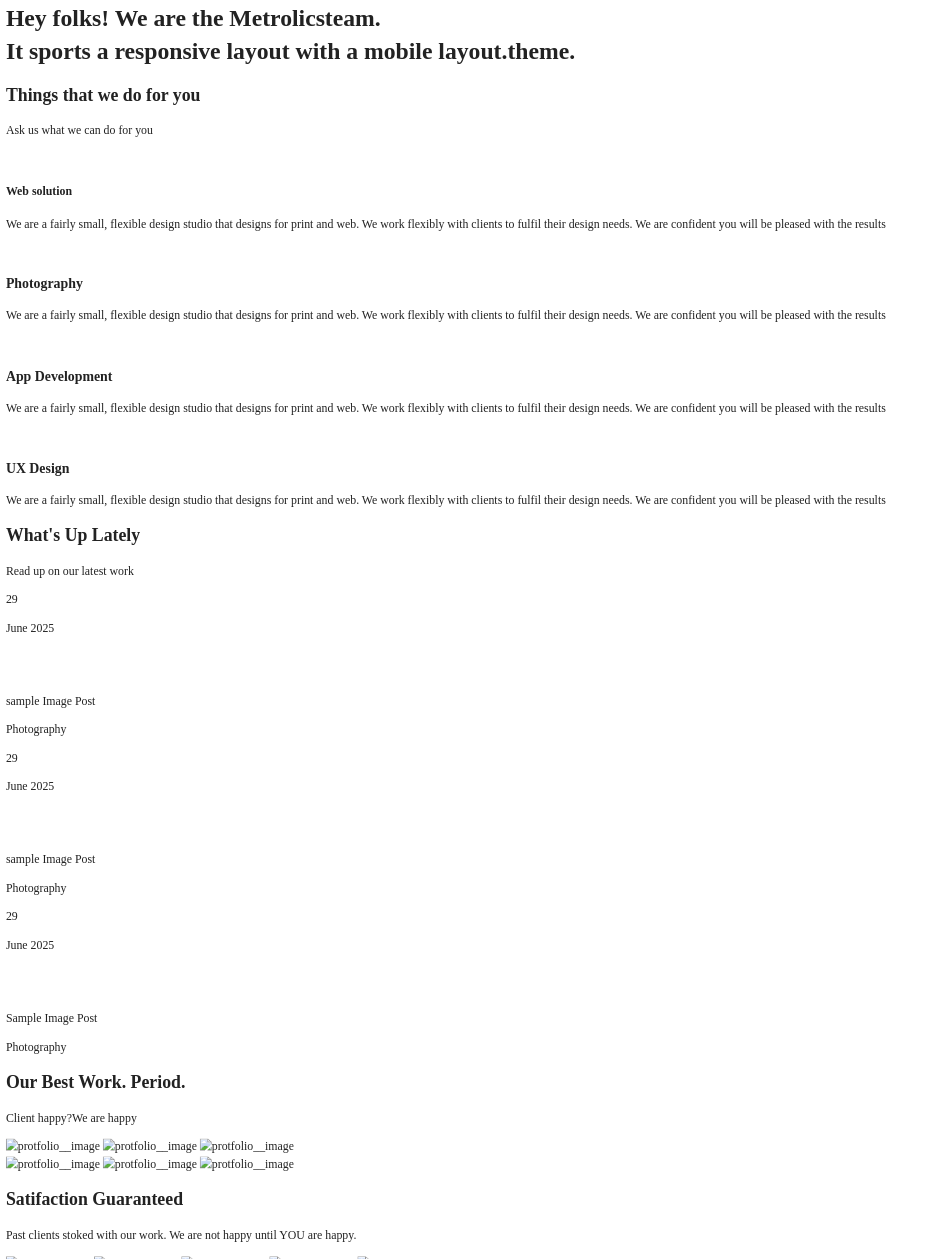
Repository: BonnieWan1214/w2
Page: index.html
These files come from the project's save history. The page is drawn as it stood at one moment and after the next save; the edit follows.
The browser window is 1280 px wide. The pictures show the part of the page from y = 874 to 2575 px (the page is 4825 px tall), at 74% of full size.
A picture or video elsewhere on the page could not be fetched, so the positions and the page height are approximate.

Above is the page before, as saved 2025-01-26 18:32:51.

### index.html
<!DOCTYPE html>
<html lang="en">

<head>
    <meta charset="UTF-8">
    <meta name="viewport" content="width=device-width, initial-scale=1.0">
    <link rel="stylesheet" href="css/style.css">
    <title>Metrolics</title>
</head>

<body>
    <!-- PAGE_HEADER -->
    <header>
        <div class="logo">
            <img src="logo.png" alt="Metrolics_logo">
        </div>
        <nav>
            <div class="MainMenuBtn--home"><a href="#">Home</a></div>
            <div class="MainMenuBtn--portfolio"><a href="#">Portfolio</a></div>
            <div class="MainMenuBtn--blog"><a href="#">Blog</a></div>
            <div class="MainMenuBtn--quo-vadis"><a href="#">Quo Vadis?</a></div>
            <div class="MainMenuBtn--lets-chat"><a href="#">Let's Chat</a></div>
        </nav>
    </header>
    <main>
        <!-- PAGE_BANNER -->
        <div class="banner">
            <img src="banner_image.jpg" alt="banner" class="banner-img" />
            <div class="pagebanner-flag">
                <div class="pagebanner-flag__blue">Metro Style</div><br>
                <div class="pagebanner-flag__red">Quick on the feet</div><br>
                <div class="pagebanner-flag__yellow">Metro Styling reinvented</div><br>
            </div>
        </div>

        <!-- PAGE_INTRO -->
        <h1>Hey folks! We are the <span class="h1_highlight">Metrolics</span>team.<br>It sports a responsive layout with
            a mobile layout.theme.</h1>
        <section class="pageintro">
            <h2 class="pageintro__title">Things that we do for you</h2>
            <p class="pageintro__subtitle">Ask us what we can do for you</p>
            <div class="pageintro__content">
                <section class="service-item">
                    <img class="service-item__image" src="" alt="">
                    <h4 class="service-item__header">Web solution</h4>
                    <p class="service-item__text">We are a fairly small, flexible design studio that designs for print
                        and web. We work flexibly with clients to fulfil their design needs. We are confident you will
                        be pleased with the results</p>
                </section>
            </div>

            <div class="pageintro__content">
                <section class="service-item">
                    <img class="service-item__image" src="" alt="">
                    <h3 class="service-item__header">Photography</h3>
                    <p class="service-item__text">We are a fairly small, flexible design studio that designs for print
                        and web. We work flexibly with clients to fulfil their design needs. We are confident you will
                        be pleased with the results</p>
                </section>
            </div>

            <div class="pageintro__content">
                <section class="service-item">
                    <img class="service-item__image" src="" alt="">
                    <h3 class="service-item__header">App Development</h3>
                    <p class="service-item__text">We are a fairly small, flexible design studio that designs for print
                        and web. We work flexibly with clients to fulfil their design needs. We are confident you will
                        be pleased with the results</p>
                </section>
            </div>

            <div class="pageintro__content">
                <section class="service-item">
                    <img class="service-item__image" src="" alt="">
                    <h3 class="service-item__header">UX Design</h3>
                    <p class="service-item__text">We are a fairly small, flexible design studio that designs for print
                        and web. We work flexibly with clients to fulfil their design needs. We are confident you will
                        be pleased with the results</p>
                </section>
            </div>
        </section>

        <!-- SECTION_BLOG -->
        <section class="blog">
            <h2 class="blog__title">What's Up Lately</h2>
            <p class="blog__subtitle">Read up on our latest work</p>

            <div class="blog__content">
                <article class="calendar-item">
                    <div class="calendar-item__date">
                        <p class="calendar-item__day">29</p>
                        <p class="calendar-item__year">June 2025</p>
                    </div>
                    <img class="calendar-item__content" src="" alt="">
                    <div class="calendar-item__info">
                        <img class="calendar-item__icon" src="" alt="">
                        <p class="calendar-item__heading">sample Image Post</p>
                        <p class="calendar-item__subtitle">Photography</p>
                    </div>
                </article>

                <div class="blog__content">
                    <article class="calendar-item">
                        <div class="calendar-item__date">
                            <p class="calendar-item__day">29</p>
                            <p class="calendar-item__year">June 2025</p>
                        </div>
                        <img class="calendar-item__content" src="" alt="">
                        <div class="calendar-item__info">
                            <img class="calendar-item__icon" src="" alt="">
                            <p class="calendar-item__heading">sample Image Post</p>
                            <p class="calendar-item__subtitle">Photography</p>
                        </div>
                    </article>

                    <div class="blog__content">
                        <article class="calendar-item">
                            <div class="calendar-item__date">
                                <p class="calendar-item__day">29</p>
                                <p class="calendar-item__year">June 2025</p>
                            </div>
                            <img class="calendar-item__content" src="" alt="">
                            <div class="calendar-item__info">
                                <img class="calendar-item__icon" src="" alt="">
                                <p class="calendar-item__heading">Sample Image Post</p>
                                <p class="calendar-item__subtitle">Photography</p>
                            </div>
                        </article>
                    </div>
                    </div>
                    </div>
        </section>

        <!-- SECTION_PROTFOLIO -->
        <section class="section">
            <h2 class="section__title">Our Best Work. Period.</h2>
            <p class="section__subtitle">Client happy?We are happy</p>
            <div class="section_protfolio">
                <img class="section_protfolio__image" src="" alt="protfolio__image">
                <img class="section_protfolio__image" src="" alt="protfolio__image">
                <img class="section_protfolio__image" src="" alt="protfolio__image"><br>
                <img class="section_protfolio__image" src="" alt="protfolio__image">
                <img class="section_protfolio__image" src="" alt="protfolio__image">
                <img class="section_protfolio__image" src="" alt="protfolio__image">
            </div>
            <!-- SECTION_CLIENT -->
            <section class="section">
                <h2 class="section__title">Satifaction Guaranteed</h2>
                <p class="section__subtitle">Past clients stoked with our work. We are not happy until YOU are happy.
                </p>
                <div class="section_client">
                    <img class="section_client__image" src="" alt="client__image1">
                    <img class="section_client__image" src="" alt="client__image2">
                    <img class="section_client__image" src="" alt="client__image3">
                    <img class="section_client__image" src="" alt="client__image4">
                    <img class="section_client__image" src="" alt="client__image5">
                </div>
            </section>
        </section>
    </main>


<!-- PAGE FOOTER -->
<footer class="footer">
    <div class="footer__container">
        <!-- CEO -->
        <div class="footer__ceo">
            <img class="footer__ceo-image" src="image.jpg" alt="CEO image">
            <p>
                Alf has over 10 years experience in the industry. He is our Creative Director, digital designer, web
                designer and front-end developer. He is also pretty good with a sketchbook. Before starting the
                company Peewee worked as a designer and studio manager for a design house who boasted a number of
                big name clients.
            </p>
        </div>
        <!-- About Us -->
        <div class="footer__aboutus">
            <h3>About Us</h3>
            <p>Minions ipsum potatoooo potatoooo uuuhhh. Chasy poulet tikka masala jiji wiiiii hahaha po kass
                tulaliloo potatoooo. Bee do bee do bee do chasy ti aamoo! Po kass daa bee do bee do bee do po kass
                wiiiii butt chasy.

                Pepete uuuhhh hahaha gelatooo belloo! Bananaaaa aaaaaah butt potatoooo hana dul sae butt. Hahaha
                wiiiii ti aamoo! Ti aamoo! Baboiii jeje. Hahaha gelatooo daa me want bananaaa! Underweaaar potatoooo
                tank yuuu! Aaaaaah potatoooo poopayee. </p>
        </div>
        <!-- Instagram -->
        <div class="footer__instagram">
            <h3>Instagram</h3>
            <div class="footer__instagram__gallery">
                <img src="instagram1.jpg" alt="Instagram 1">
                <img src="instagram2.jpg" alt="Instagram 2">
                <img src="instagram3.jpg" alt="Instagram 3"><br>
                <img src="instagram4.jpg" alt="Instagram 4">
                <img src="instagram5.jpg" alt="Instagram 5">
                <img src="instagram6.jpg" alt="Instagram 6"><br>
                <img src="instagram7.jpg" alt="Instagram 7">
                <img src="instagram8.jpg" alt="Instagram 8">
            </div>
        </div>
        <!-- Mastodon -->
        <div class="footer__mastodon">
            <h3>What's New on Mastodon</h3>
            <p><span class="mastodon@">@Minions</span> - ipsum banana potatoooo uuuhhh. Chasy poulet tikka masala
                jiji wiiiii hahaha tulaliloo potatoooo. Bee do bee do bee do chasy ti aamoo! Po kass daa b ee do bee
                do bee do po kass wiiiii butt chasy. Pepete uuuhhh hahaha gelatooo belloo! ananaaaa aaaaaah butt
                potatoooo hana dul sae butt. Hahaha wiiiii ti aamoo! Ti aamoo! Baboiii jeje. Hahaha gelatooo daa me
                want bananaaa! Underweaaar potatoooo tank yuuu! Aaaaaah potatoooo poopayee. </p>

            <p><span class="mastodon@">@Minions</span> - ipsum banana potatoooo uuuhhh. Chasy poulet tikka masala
                jiji wiiiii hahaha tulaliloo potatoooo. Bee do bee do bee do chasy ti aamoo! Po kass daa b ee do bee
                do bee do po kass wiiiii butt chasy. Pepete uuuhhh hahaha gelatooo belloo! ananaaaa aaaaaah butt
                potatoooo hana dul sae butt. Hahaha wiiiii ti aamoo! Ti aamoo! Baboiii jeje. Hahaha gelatooo daa me
                want bananaaa! Underweaaar potatoooo tank yuuu! Aaaaaah potatoooo poopayee. </p>

            <p><span class="mastodon@">@Minions</span> - ipsum banana potatoooo uuuhhh. Chasy poulet tikka masala
                jiji wiiiii hahaha tulaliloo potatoooo. Bee do bee do bee do chasy ti aamoo! Po kass daa b ee do bee
                do bee do po kass wiiiii butt chasy. Pepete uuuhhh hahaha gelatooo belloo! ananaaaa aaaaaah butt
                potatoooo hana dul sae butt. Hahaha wiiiii ti aamoo! Ti aamoo! Baboiii jeje. Hahaha gelatooo daa me
                want bananaaa! Underweaaar potatoooo tank yuuu! Aaaaaah potatoooo poopayee. </p>

        </div>

        <!-- Social Media -->
        <div class="footer__socialmedia">
            <h3>Track us!</h3>
            <div class="footer__socialmedia-icons">
                <a href="#"><img class="media-icon" src="icon.png" alt="icon"></a>
                <a href="#"><img class="media-icon" src="icon.png" alt="icon"></a>
                <a href="#"><img class="media-icon" src="icon.png" alt="icon"></a>
                <a href="#"><img class="media-icon" src="icon.png" alt="icon"></a><br>
                <a href="#"><img class="media-icon" src="icon.png" alt="icon"></a>
            </div>
            <form class="footer__socialmedia-form">
                <input type="email" placeholder="Enter your Email...">
                <button type="submit">Send</button>
            </form>
        </div>

    </div>
</footer>
</body>


</html>

### css/style.css
/*! HTML5 Boilerplate v9.0.1 | MIT License | https://html5boilerplate.com/ */

/* main.css 3.0.0 | MIT License | https://github.com/h5bp/main.css#readme */
/*
 * What follows is the result of much research on cross-browser styling.
 * Credit left inline and big thanks to Nicolas Gallagher, Jonathan Neal,
 * Kroc Camen, and the H5BP dev community and team.
 */

/* ==========================================================================
   Base styles: opinionated defaults
   ========================================================================== */

html {
  color: #222;
  font-size: 1em;
  line-height: 1.4;
}

/*
 * Remove text-shadow in selection highlight:
 * https://twitter.com/miketaylr/status/12228805301
 *
 * Customize the background color to match your design.
 */

::-moz-selection {
  background: #b3d4fc;
  text-shadow: none;
}

::selection {
  background: #b3d4fc;
  text-shadow: none;
}

/*
 * A better looking default horizontal rule
 */

hr {
  display: block;
  height: 1px;
  border: 0;
  border-top: 1px solid #ccc;
  margin: 1em 0;
  padding: 0;
}

/*
 * Remove the gap between audio, canvas, iframes,
 * images, videos and the bottom of their containers:
 * https://github.com/h5bp/html5-boilerplate/issues/440
 */

audio,
canvas,
iframe,
img,
svg,
video {
  vertical-align: middle;
}

/*
 * Remove default fieldset styles.
 */

fieldset {
  border: 0;
  margin: 0;
  padding: 0;
}

/*
 * Allow only vertical resizing of textareas.
 */

textarea {
  resize: vertical;
}

/* ==========================================================================
   Author's custom styles
   ========================================================================== */

/* ==========================================================================
   Helper classes
   ========================================================================== */

/*
 * Hide visually and from screen readers
 */

.hidden,
[hidden] {
  display: none !important;
}

/*
 * Hide only visually, but have it available for screen readers:
 * https://snook.ca/archives/html_and_css/hiding-content-for-accessibility
 *
 * 1. For long content, line feeds are not interpreted as spaces and small width
 *    causes content to wrap 1 word per line:
 *    https://medium.com/@jessebeach/beware-smushed-off-screen-accessible-text-5952a4c2cbfe
 */

.visually-hidden {
  border: 0;
  clip: rect(0, 0, 0, 0);
  height: 1px;
  margin: -1px;
  overflow: hidden;
  padding: 0;
  position: absolute;
  white-space: nowrap;
  width: 1px;
  /* 1 */
}

/*
 * Extends the .visually-hidden class to allow the element
 * to be focusable when navigated to via the keyboard:
 * https://www.drupal.org/node/897638
 */

.visually-hidden.focusable:active,
.visually-hidden.focusable:focus {
  clip: auto;
  height: auto;
  margin: 0;
  overflow: visible;
  position: static;
  white-space: inherit;
  width: auto;
}

/*
 * Hide visually and from screen readers, but maintain layout
 */

.invisible {
  visibility: hidden;
}

/*
 * Clearfix: contain floats
 *
 * The use of `table` rather than `block` is only necessary if using
 * `::before` to contain the top-margins of child elements.
 */

.clearfix::before,
.clearfix::after {
  content: "";
  display: table;
}

.clearfix::after {
  clear: both;
}

/* ==========================================================================
   EXAMPLE Media Queries for Responsive Design.
   These examples override the primary ('mobile first') styles.
   Modify as content requires.
   ========================================================================== */

@media only screen and (min-width: 35em) {
  /* Style adjustments for viewports that meet the condition */
}

@media print,
  (-webkit-min-device-pixel-ratio: 1.25),
  (min-resolution: 1.25dppx),
  (min-resolution: 120dpi) {
  /* Style adjustments for high resolution devices */
}

/* ==========================================================================
   Print styles.
   Inlined to avoid the additional HTTP request:
   https://www.phpied.com/delay-loading-your-print-css/
   ========================================================================== */

@media print {
  *,
  *::before,
  *::after {
    background: #fff !important;
    color: #000 !important;
    /* Black prints faster */
    box-shadow: none !important;
    text-shadow: none !important;
  }

  a,
  a:visited {
    text-decoration: underline;
  }

  a[href]::after {
    content: " (" attr(href) ")";
  }

  abbr[title]::after {
    content: " (" attr(title) ")";
  }

  /*
   * Don't show links that are fragment identifiers,
   * or use the `javascript:` pseudo protocol
   */
  a[href^="#"]::after,
  a[href^="javascript:"]::after {
    content: "";
  }

  pre {
    white-space: pre-wrap !important;
  }

  pre,
  blockquote {
    border: 1px solid #999;
    page-break-inside: avoid;
  }

  tr,
  img {
    page-break-inside: avoid;
  }

  p,
  h2,
  h3 {
    orphans: 3;
    widows: 3;
  }

  h2,
  h3 {
    page-break-after: avoid;
  }
}

After the next save:
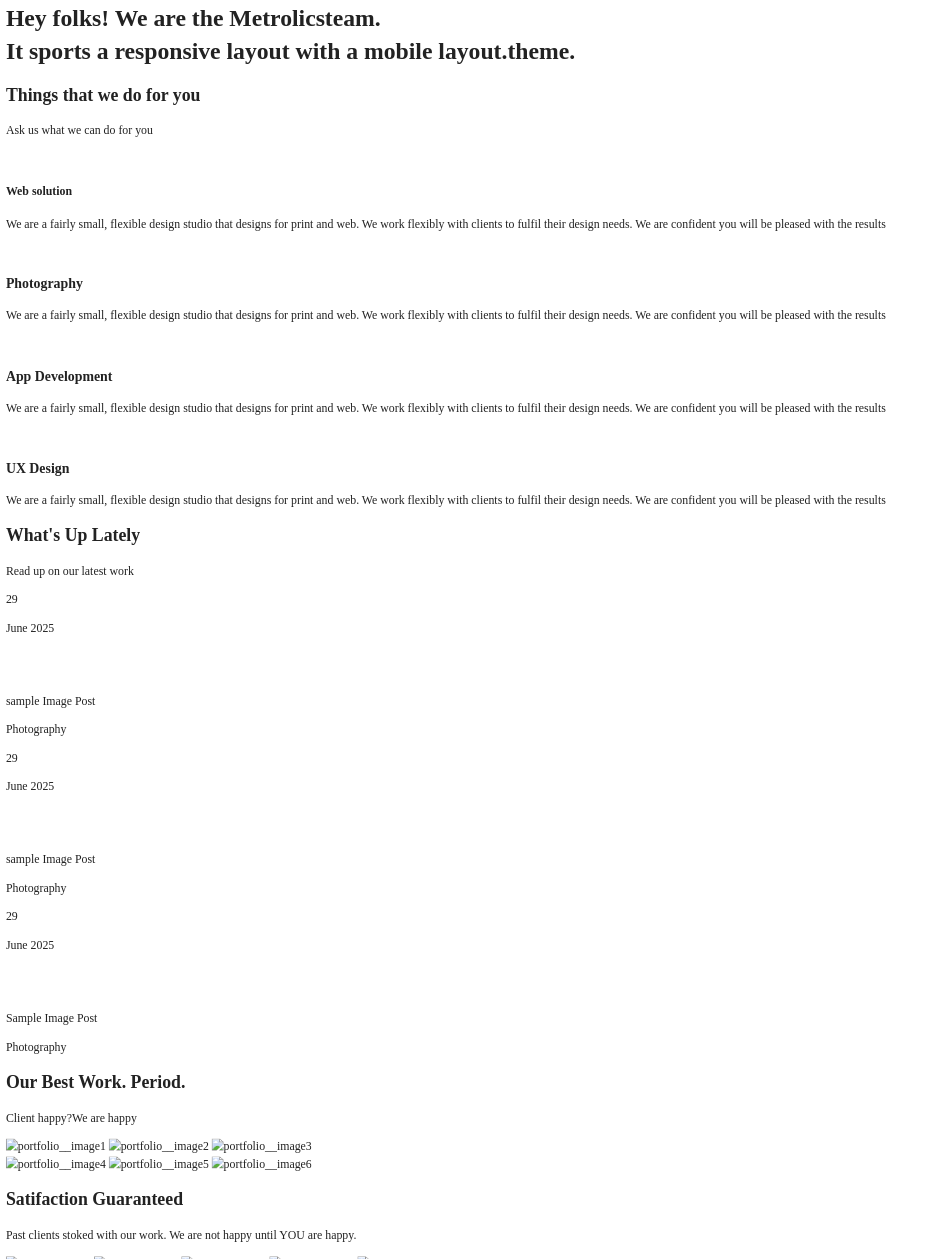
Saved 5 min 15 s later.
--- a/index.html
+++ b/index.html
@@ -131,17 +131,17 @@
                     </div>
         </section>
 
-        <!-- SECTION_PROTFOLIO -->
-        <section class="section">
-            <h2 class="section__title">Our Best Work. Period.</h2>
-            <p class="section__subtitle">Client happy?We are happy</p>
-            <div class="section_protfolio">
-                <img class="section_protfolio__image" src="" alt="protfolio__image">
-                <img class="section_protfolio__image" src="" alt="protfolio__image">
-                <img class="section_protfolio__image" src="" alt="protfolio__image"><br>
-                <img class="section_protfolio__image" src="" alt="protfolio__image">
-                <img class="section_protfolio__image" src="" alt="protfolio__image">
-                <img class="section_protfolio__image" src="" alt="protfolio__image">
+        <!-- SECTION_PORTFOLIO -->
+        <section class="portfolio">
+            <h2 class="portfolio__title">Our Best Work. Period.</h2>
+            <p class="portfolio__subtitle">Client happy?We are happy</p>
+            <div class="portfolio__image">
+                <img src="" alt="portfolio__image1">
+                <img src="" alt="portfolio__image2">
+                <img src="" alt="portfolio__image3"><br>
+                <img src="" alt="portfolio__image4">
+                <img src="" alt="portfolio__image5">
+                <img src="" alt="portfolio__image6">
             </div>
             <!-- SECTION_CLIENT -->
             <section class="section">
